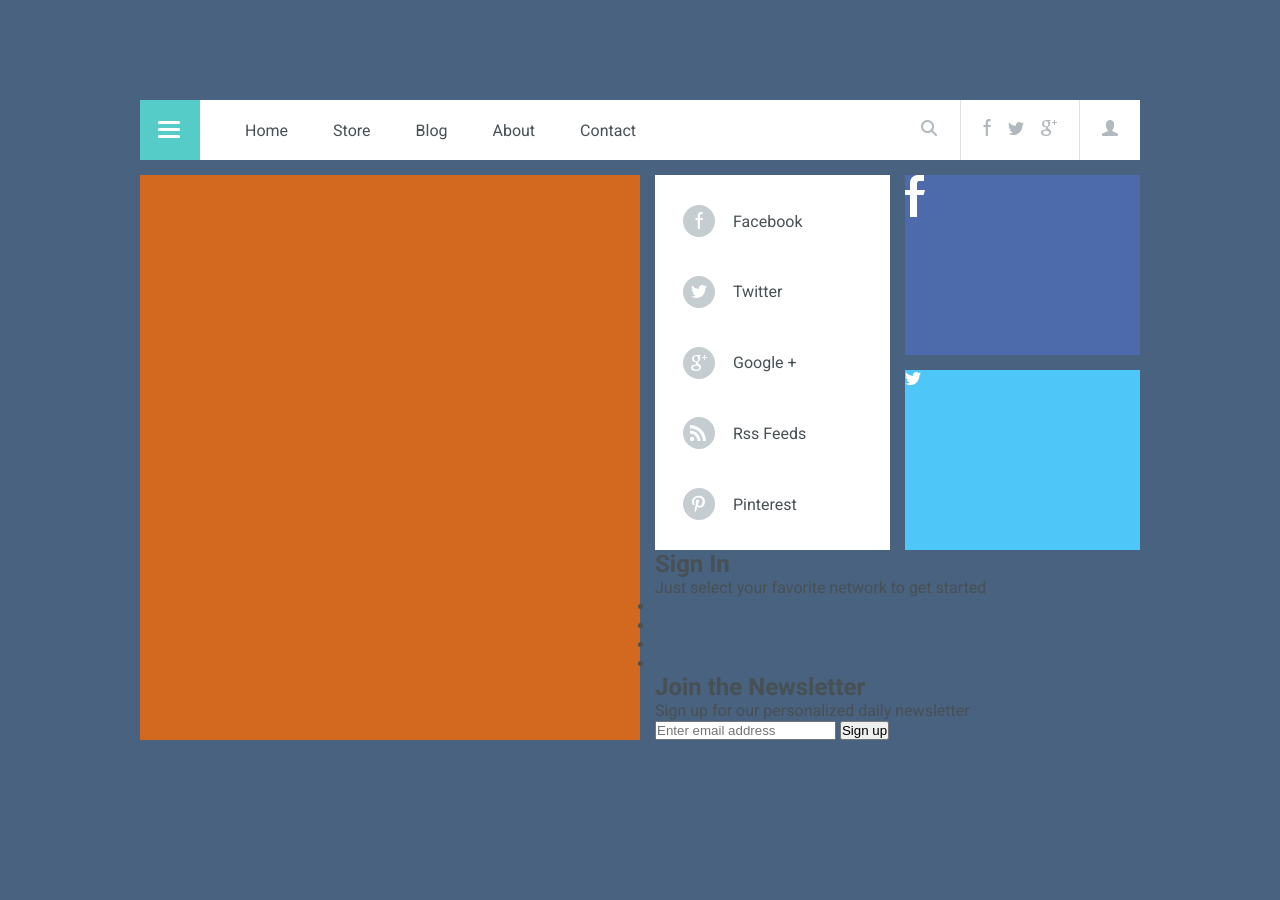
Repository: pawelczubak/WeeklyWebDevChallenge
Page: Challenge_4/index.html
The author's editor kept a copy of each file at every save. The page is drawn from the files as they stood at one save, then again after the next save.
The browser window is 1280 px wide. The pictures show the whole page.
Some web libraries are served in a nearby version.

Above is the page before, as saved 2020-04-27 21:01:03.

After the next save:
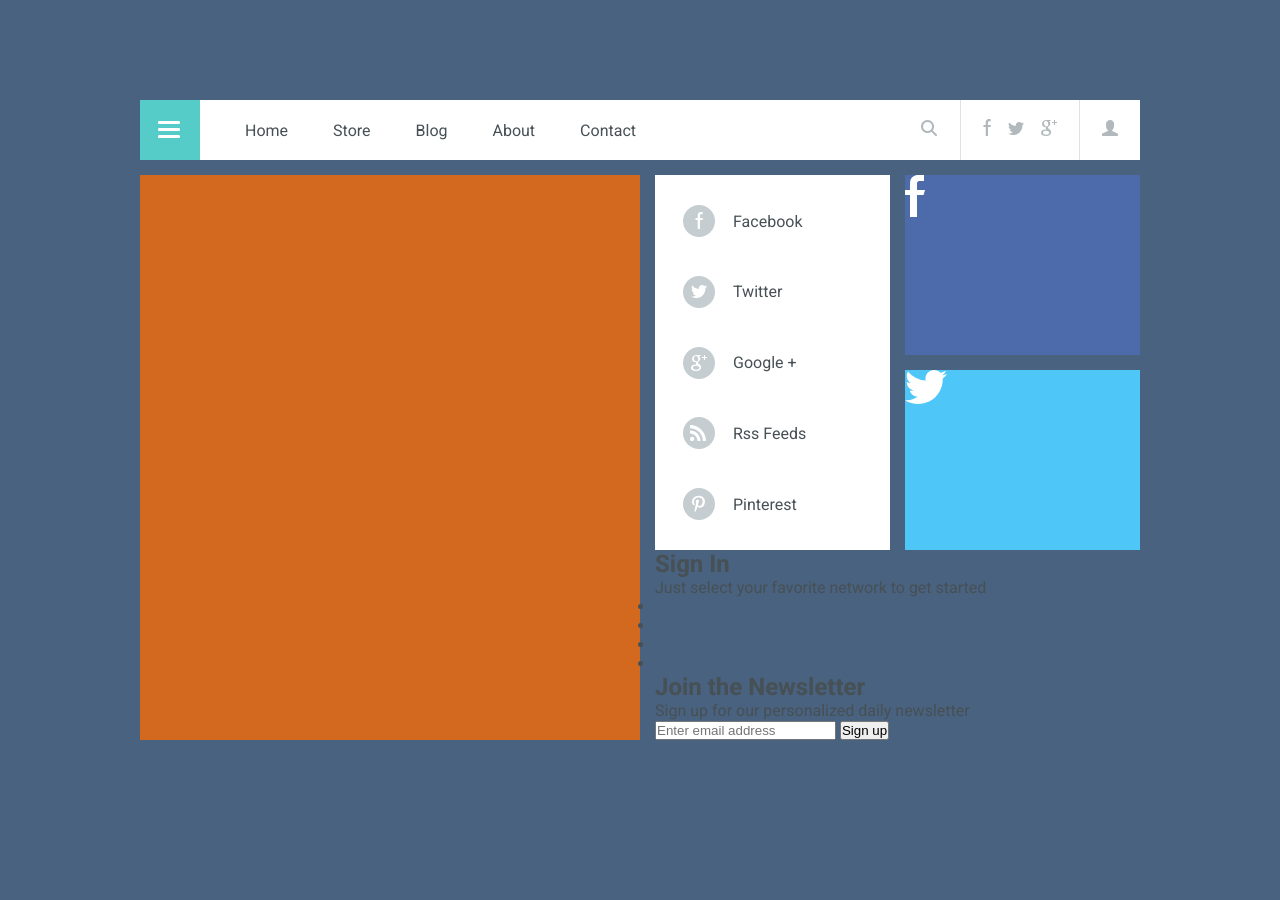
Saved 29 s later.
--- a/Challenge_4/index.html
+++ b/Challenge_4/index.html
@@ -164,9 +164,9 @@
                         </div>
                         <div class="socials-container__twitter-widget">
                             <svg xmlns="http://www.w3.org/2000/svg" xmlns:xlink="http://www.w3.org/1999/xlink"
-                                width="0.17in" height="0.14in">
-                                <path class="nav-icons__svg" fill-rule="evenodd" fill="rgb(255, 255, 255)"
-                                    d="M16.027,1.547 C15.437,1.809 14.803,1.985 14.138,2.065 C14.817,1.659 15.338,1.015 15.584,0.250 C14.949,0.625 14.245,0.898 13.497,1.046 C12.897,0.408 12.043,0.009 11.097,0.009 C9.282,0.009 7.810,1.478 7.810,3.291 C7.810,3.547 7.839,3.799 7.895,4.039 C5.163,3.901 2.741,2.595 1.119,0.611 C0.837,1.095 0.674,1.658 0.674,2.259 C0.674,3.398 1.255,4.402 2.137,4.990 C1.598,4.974 1.091,4.825 0.648,4.579 C0.647,4.593 0.647,4.606 0.647,4.621 C0.647,6.211 1.781,7.537 3.285,7.838 C3.009,7.913 2.718,7.953 2.418,7.953 C2.207,7.953 2.000,7.933 1.800,7.894 C2.218,9.198 3.432,10.147 4.871,10.172 C3.746,11.053 2.328,11.578 0.788,11.578 C0.523,11.578 0.261,11.562 0.004,11.531 C1.459,12.462 3.187,13.006 5.043,13.006 C11.089,13.006 14.395,8.006 14.395,3.671 C14.395,3.529 14.393,3.387 14.387,3.246 C15.029,2.783 15.586,2.206 16.027,1.547 Z" />
+                                width="0.583in" height="0.472in">
+                                <path fill-rule="evenodd" fill="rgb(255, 255, 255)"
+                                    d="M42.013,4.032 C40.468,4.717 38.807,5.175 37.064,5.385 C38.843,4.323 40.209,2.639 40.852,0.639 C39.189,1.621 37.344,2.333 35.383,2.721 C33.811,1.052 31.572,0.011 29.095,0.011 C24.337,0.011 20.480,3.851 20.480,8.590 C20.480,9.258 20.556,9.917 20.703,10.545 C13.544,10.184 7.196,6.771 2.947,1.583 C2.206,2.849 1.781,4.321 1.781,5.893 C1.781,8.871 3.302,11.494 5.613,13.033 C4.201,12.989 2.872,12.601 1.711,11.958 C1.710,11.994 1.710,12.030 1.710,12.068 C1.710,16.225 4.680,19.690 8.621,20.478 C7.898,20.675 7.137,20.777 6.351,20.777 C5.797,20.777 5.256,20.726 4.730,20.625 C5.826,24.033 9.008,26.514 12.778,26.580 C9.829,28.882 6.114,30.254 2.079,30.254 C1.383,30.254 0.698,30.214 0.024,30.132 C3.836,32.566 8.364,33.987 13.229,33.987 C29.075,33.987 37.739,20.917 37.739,9.583 C37.739,9.213 37.731,8.840 37.715,8.472 C39.399,7.263 40.858,5.752 42.013,4.032 Z" />
                             </svg>
                         </div>
                     </div>
